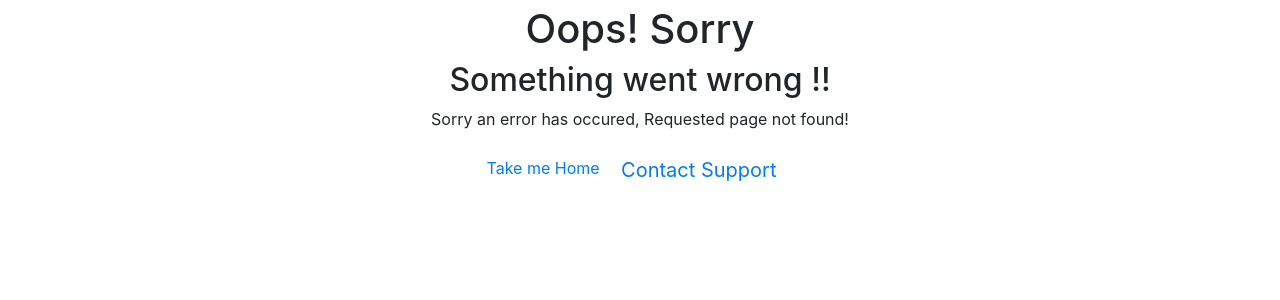
Repository: GovindParve/spring_mvc_maven_search_project
Page: http://localhost/springmvcsearch/WEB-INF/views/null_page.jsp
An editor plug-in stored every save of this project. The page is shown before and after the next save, followed by the edit.
The browser window is 1280 px wide. The pictures show the whole page.
Some web libraries are served in a nearby version. The page is served by Tomcat 9. Nobody is signed in. Other server files are loaded and not shown. The template is opened directly, without the code that normally fills it, so the values that code supplies are empty.

Above is the page before, as saved 2023-06-18 18:03:54.

### springmvcsearch/src/main/webapp/WEB-INF/views/null_page.jsp
<%@ taglib prefix="c" uri="http://java.sun.com/jsp/jstl/core" %>
<!doctype html>
<html lang="en">
<head>
    <!-- Required meta tags -->
    <meta charset="utf-8">
    <meta name="viewport" content="width=device-width, initial-scale=1, shrink-to-fit=no">

    <!-- Bootstrap CSS -->
    <link rel="stylesheet"
    	 href="https://cdn.jsdelivr.net/npm/bootstrap@4.0.0/dist/css/bootstrap.min.css"
    	 integrity="sha384-Gn5384xqQ1aoWXA+058RXPxPg6fy4IWvTNh0E263XmFcJlSAwiGgFAW/dAiS6JXm"
    	 crossorigin="anonymous">

	<title>Error !!</title>
<style type="text/css">
.error-template{
	padding: 40px 15px;
	text-align: center;
}
.error-actions{
	margin-top: 15px;
	margin-bottom: 15px;
}
.error-action-btn{

}
</style>
</head>
<body>
<%--   	<img alt="my image" src="<c:url value="/resources/image/tiger1.jpg" />"> --%>
    <div class="container text-center m-6" style="padding-top: 5px">
    	<h1>Oops! Sorry</h1>
    	<h2>Something went wrong !!</h2>
    	<div class="error-details">
    		Sorry an error has occured, Requested page not found!
    	</div>
    	<div class="error-actions">
    		<a href="#!"><span></span>
    			Take me Home</a>
    		<a href="#!" class="btn btn-default btn-lg"><span>Contact Support</span></a>
    	</div>
    	<!-- <div class="card mx-auto mt-5 bg-warning" style="width: 50%">
    		<div class="card-body py-5">

    			<h3 class="text-center text-white" style="text-transform: uppercase">My Search</h3>

    			<form action="search" class="mt-3">
    				<div class="form-group">
    					<input type="text" name="querybox" placeholder="Enter your keyword" class="form-control" >
    				</div>
    				<div class="container text-center">
    					<button class="btn btn-outline-light">Search</button>
    				</div>
    			</form>
    		</div>
    	</div> -->
    </div>

    <!-- Optional JavaScript -->
    <!-- jQuery first, then Popper.js, then Bootstrap JS -->
    <script src="https://code.jquery.com/jquery-3.2.1.slim.min.js" integrity="sha384-KJ3o2DKtIkvYIK3UENzmM7KCkRr/rE9/Qpg6aAZGJwFDMVNA/GpGFF93hXpG5KkN" crossorigin="anonymous"></script>
    <script src="https://cdn.jsdelivr.net/npm/popper.js@1.12.9/dist/umd/popper.min.js" integrity="sha384-ApNbgh9B+Y1QKtv3Rn7W3mgPxhU9K/ScQsAP7hUibX39j7fakFPskvXusvfa0b4Q" crossorigin="anonymous"></script>
    <script src="https://cdn.jsdelivr.net/npm/bootstrap@4.0.0/dist/js/bootstrap.min.js" integrity="sha384-JZR6Spejh4U02d8jOt6vLEHfe/JQGiRRSQQxSfFWpi1MquVdAyjUar5+76PVCmYl" crossorigin="anonymous"></script>
</body>
</html>

After the next save:
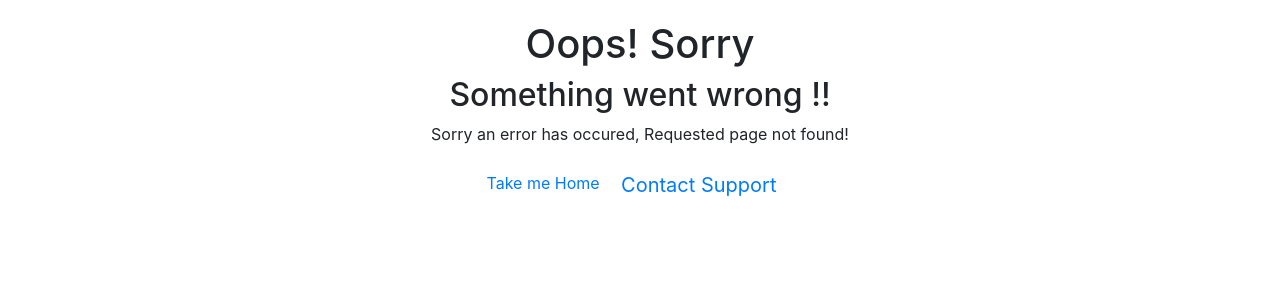
Saved 10 s later.
--- a/springmvcsearch/src/main/webapp/WEB-INF/views/null_page.jsp
+++ b/springmvcsearch/src/main/webapp/WEB-INF/views/null_page.jsp
@@ -29,7 +29,7 @@
 </head>
 <body>
 <%--   	<img alt="my image" src="<c:url value="/resources/image/tiger1.jpg" />"> --%>
-    <div class="container text-center m-6" style="padding-top: 5px">
+    <div class="container text-center m-6" style="padding-top: 20px">
     	<h1>Oops! Sorry</h1>
     	<h2>Something went wrong !!</h2>
     	<div class="error-details">
